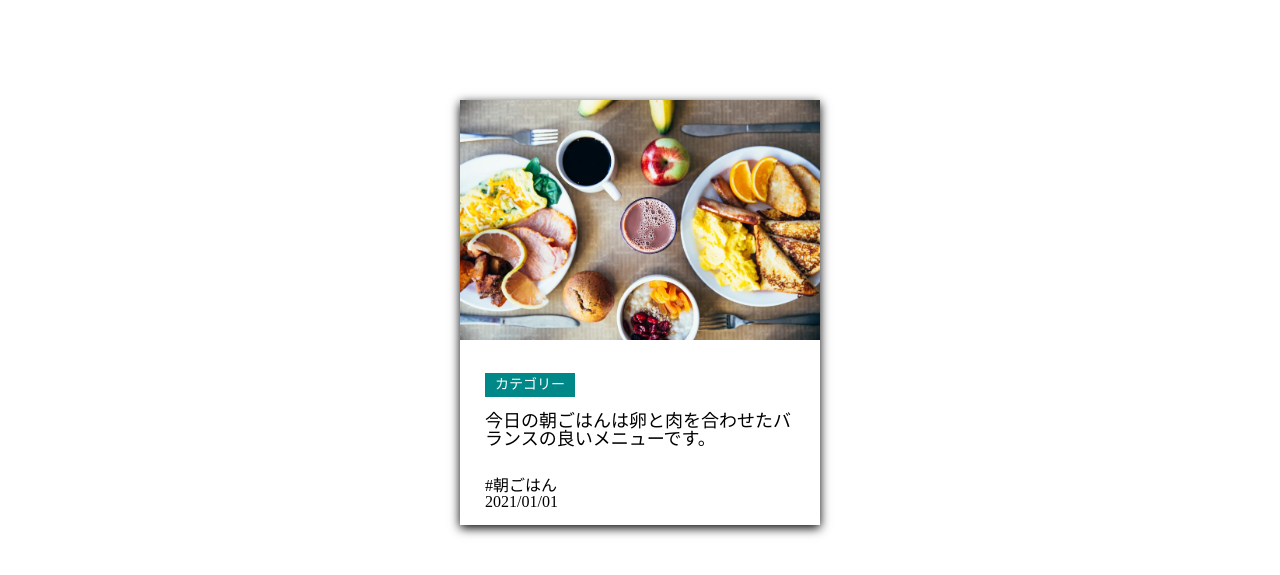
Repository: yosuke257/20231104_watanabe_css
Page: coachtech/html-css/index.html
These files come from the project's save history. The page is drawn as it stood at one moment and after the next save; the edit follows.
The browser window is 1280 px wide. The pictures show the whole page.

Above is the page before, as saved 2023-10-23 00:35:56.

After the next save:
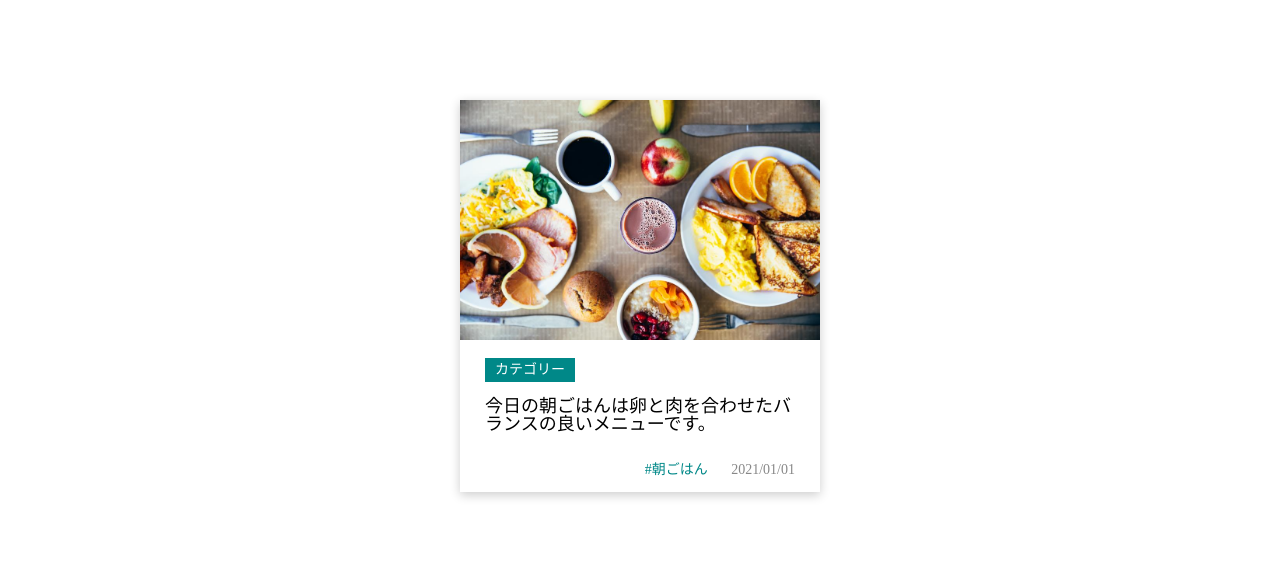
Saved 19 s later.
--- a/coachtech/html-css/css/style.css
+++ b/coachtech/html-css/css/style.css
@@ -1,7 +1,7 @@
 .card {
     width: 360px;
     margin: 100px auto 0;
-    box-shadow: 0px 3px 10px rgba(0, 0, 0, 2);
+    box-shadow: 0px 3px 10px rgba(0, 0, 0, 0.2);
 }
 
 .card__img img {
@@ -10,17 +10,6 @@
 
 .card__content {
     padding: 15px 25px;
-    margin-left: auto;
-    margin-right: auto;
-}
-
-.card__content-cat {
-    font-size: 14px;
-    background-color: #008888;
-    color: #fff;
-    margin: 15px 0 15px 0;
-    padding: 5px 10px;
-    display: inline-block;
 }
 
 .card__content-ttl {
@@ -28,3 +17,32 @@
     margin-bottom: 30px;
     font-weight: 400;
 }
+
+.card__content-cat {
+    padding: 5px 10px;
+    background: #008888;
+    margin-bottom: 15px;
+    display: inline-block;
+    /* 要素の文字数に応じて幅が変更されるためにinline-blockを指定 */
+    color: #fff;
+    font-size: 14px;
+}
+
+.card__content-tag {
+    font-size: 14px;
+    text-align: right;
+    /* 親要素にtext-alignを適用すると子要素のinline-block要素に適応される */
+}
+
+.card__content-tag-item {
+    display: inline-block;
+    /* 横並びにするためにinline-blockを指定 */
+    color: #008888;
+}
+
+.card__content-tag-item--last {
+    display: inline-block;
+    /* 横並びにするためにinline-blockを指定 */
+    margin-left: 20px;
+    color: #888888;
+}
